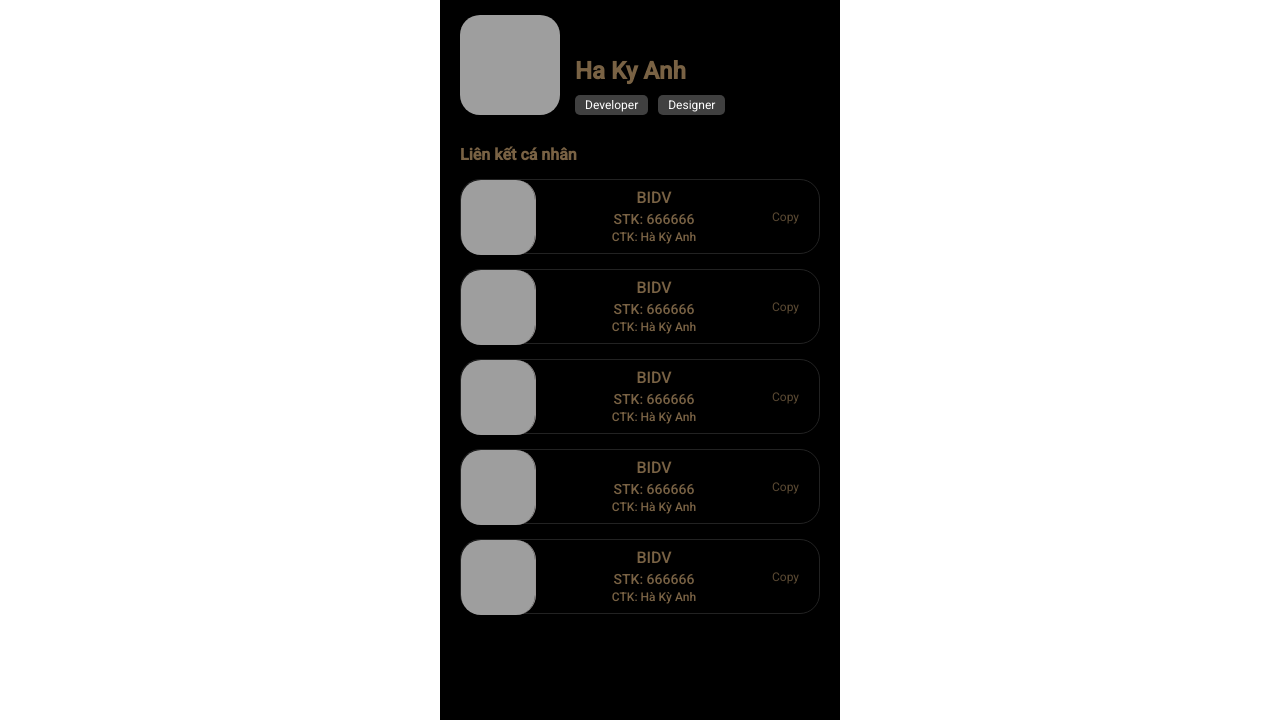
Repository: yzarc204/nguyen-tien-viet-hoang
Page: thong-tin-thanh-toan/index.html
The author's editor kept a copy of each file at every save. The page is drawn from the files as they stood at one save, then again after the next save.
The browser window is 1280 px wide. The pictures show the whole page.
Pictures or frames that could not be fetched are drawn as grey boxes.

Above is the page before, as saved 2021-09-27 11:05:52.

### thong-tin-thanh-toan/index.html
<!DOCTYPE html>
<html lang="en">
<head>
    <meta charset="UTF-8">
    <meta http-equiv="X-UA-Compatible" content="IE=edge">
    <meta name="viewport" content="width=device-width, initial-scale=1.0">
    <title>Personal Card</title>
    <!-- Google Fonts -->
    <link rel="preconnect" href="https://fonts.googleapis.com">
    <link rel="preconnect" href="https://fonts.gstatic.com" crossorigin>
    <link href="https://fonts.googleapis.com/css2?family=Roboto:wght@300;400;500&display=swap" rel="stylesheet">
    <!-- CSS -->
    <link rel="stylesheet" href="./public/css/index.css">
</head>
<body>
    <div class="container">
        <div class="profile-header">
            <img alt="Avatar"
                src="https://source.unsplash.com/random"
                class="profile-avatar">
            <div class="profile-info">
                <h4 class="profile-name">Ha Ky Anh</h4>
                <div class="skills">
                    <div class="skill-tag">Developer</div>
                    <div class="skill-tag">Designer</div>
                </div>
            </div>
        </div>
        <h4 class="title">Liên kết cá nhân</h4>
        <div class="banks">
            <div class="bank">
                <img src="https://source.unsplash.com/random" class="bank-logo">
                <div class="bank-info">
                    <p class="bank-name">BIDV</p>
                    <p class="bank-number">STK: 666666</p>
                    <p class="bank-owner">CTK: Hà Kỳ Anh</p>
                </div>
                <span class="btn-copy">Copy</span>
            </div>
            <div class="bank">
                <img src="https://source.unsplash.com/random" class="bank-logo">
                <div class="bank-info">
                    <p class="bank-name">BIDV</p>
                    <p class="bank-number">STK: 666666</p>
                    <p class="bank-owner">CTK: Hà Kỳ Anh</p>
                </div>
                <span class="btn-copy">Copy</span>
            </div>
            <div class="bank">
                <img src="https://source.unsplash.com/random" class="bank-logo">
                <div class="bank-info">
                    <p class="bank-name">BIDV</p>
                    <p class="bank-number">STK: 666666</p>
                    <p class="bank-owner">CTK: Hà Kỳ Anh</p>
                </div>
                <span class="btn-copy">Copy</span>
            </div>
            <div class="bank">
                <img src="https://source.unsplash.com/random" class="bank-logo">
                <div class="bank-info">
                    <p class="bank-name">BIDV</p>
                    <p class="bank-number">STK: 666666</p>
                    <p class="bank-owner">CTK: Hà Kỳ Anh</p>
                </div>
                <span class="btn-copy">Copy</span>
            </div>
            <div class="bank">
                <img src="https://source.unsplash.com/random" class="bank-logo">
                <div class="bank-info">
                    <p class="bank-name">BIDV</p>
                    <p class="bank-number">STK: 666666</p>
                    <p class="bank-owner">CTK: Hà Kỳ Anh</p>
                </div>
                <span class="btn-copy">Copy</span>
            </div>
        </div>
    </div>
</body>
</html>

### thong-tin-thanh-toan/public/css/index.css
* {
    padding: 0;
    margin: 0;
    -webkit-box-sizing: border-box;
    font-family: 'Roboto', sans-serif;
}

:root {
    --primary-color: #796244;
    --secondary-color: #211A10;

}

body {
    width: 100%;
    overflow: hidden;
}

/* ===== CONTAINER ===== */
.container{
    width: 400px;
    height: 100vh;
    margin: 0 auto;
    padding: 15px 20px;
    overflow: hidden scroll;
    background: #000;
    color: var(--primary-color);
}
/* ===== PROFILE HEADER ===== */
.profile-header{
    width: 100%;
    display: flex;
    flex-wrap: wrap;
    margin-bottom: 30px;
}
.profile-avatar{
    width: 100px;
    height: 100px;
    object-fit: cover;
    object-position: center;
    border-radius: 20px;
}
.profile-info{
    margin-top: auto;
    padding: 0px 15px;
}
.profile-name{
    margin-bottom: 10px;
    font-size: 24px;
}
.skills{
    display: flex;
    flex-wrap: nowrap;
}
.skill-tag{
    padding: 3px 10px;
    margin-right: 10px;
    color: #fff;
    font-size: 12px;
    position: relative;
    display: none;
}
.skill-tag:before {
    content: "";
    position: absolute;
    top: 0;
    right: 0;
    bottom: 0;
    left: 0;
    background-color: currentColor;
    opacity: 0.25;
    border-radius: 5px;
}
.skill-tag:first-child {
    display: block;
}
.skill-tag:nth-child(2) {
    display: block;
}
/* ===== TITLE ===== */
.title{
    margin-bottom: 15px;
}
/* ===== BANKS ===== */
.banks {
    width: 100%;
    overflow: hidden;
    --size: 75px;
    --border-rounded: 20px;
}
.bank {
    width: 100%;
    height: var(--size);
    margin-bottom: 15px;
    display: flex;
    border: 1px solid #222;
    border-radius: var(--border-rounded);
}
.bank-logo {
    width: var(--size);
    height: var(--size);
    border-right: 1px solid rgb(156, 150, 150);
    border-radius: inherit;
}
.bank-info {
    flex: 1;
    text-align: center;
    padding: 10px 7.5px;
    display: flex;
    flex-direction: column;
    justify-content: space-between;
    align-items: center;
}
.bank-info > p {
    font-weight: 500;
    line-height: 1;
}
.bank-name{
    font-size: 16px;
}
.bank-number{
    font-size: 14px;
}
.bank-owner {
    font-size: 12px;
}
.btn-copy{
    font-size: 12px;
    height: fit-content;
    padding: 10px;
    position: relative;
    top: 50%;
    right: 10px;
    transform: translateY(-50%);
}
.btn-copy:before {
    content: "";
    position: absolute;
    top: 0;
    right: 0;
    bottom: 0;
    left: 0;
    background: #000;
    opacity: 0.25;
}

After the next save:
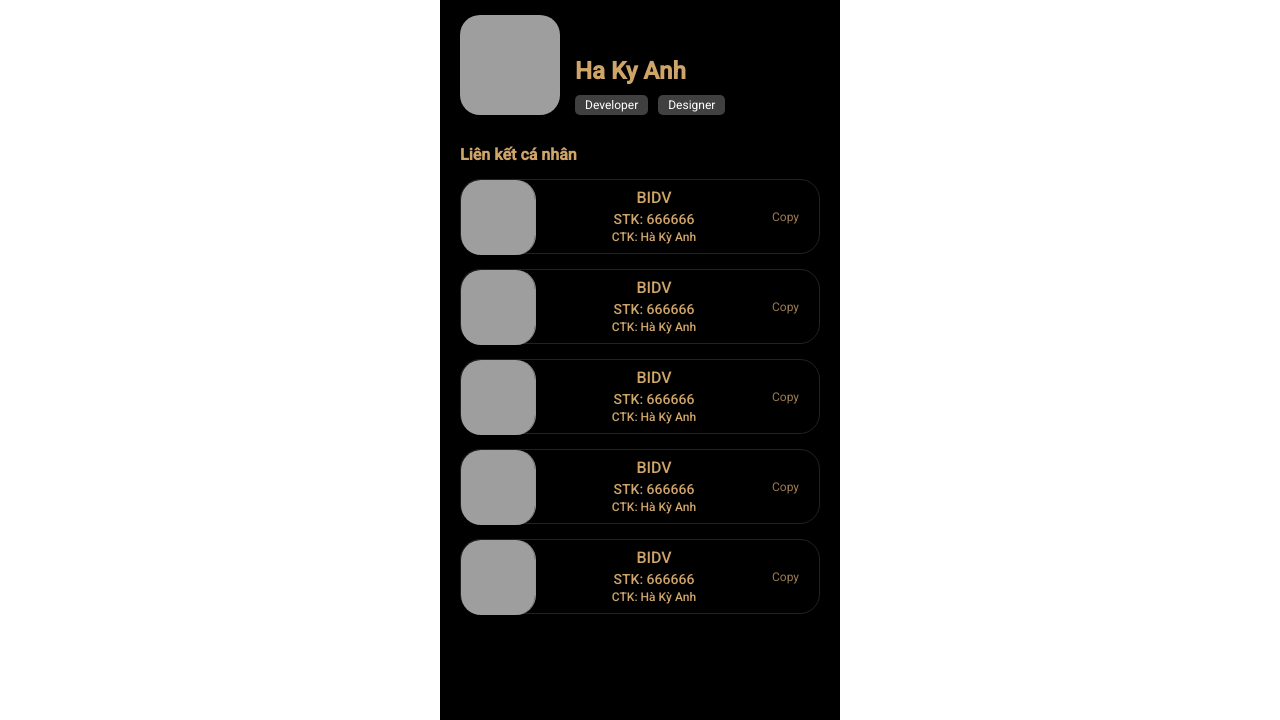
Saved 26 s later.
--- a/thong-tin-thanh-toan/public/css/index.css
+++ b/thong-tin-thanh-toan/public/css/index.css
@@ -6,7 +6,7 @@
 }
 
 :root {
-    --primary-color: #796244;
+    --primary-color: #cea469;
     --secondary-color: #211A10;
 
 }
